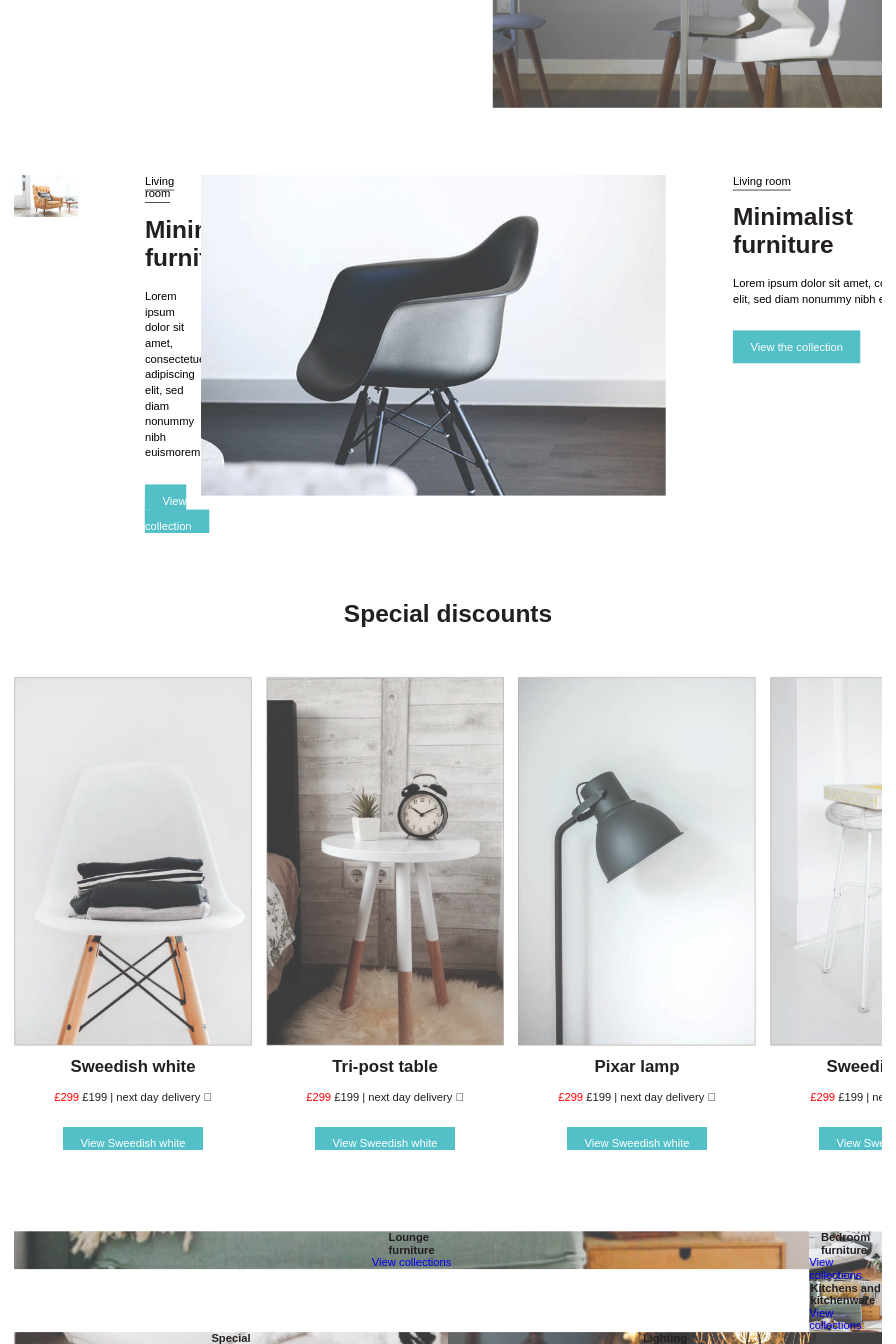
Repository: dinhhaidh/republic-web
Page: index.html
An editor plug-in stored every save of this project. The page is shown before and after a run of saves, followed by the edit.
The browser window is 1280 px wide. The pictures show the part of the page from y = 470 to 2390 px (the page is 3510 px tall before and 3457 px after), at 70% of full size.
Some web fonts or font styles are not loaded; a fallback is used. Some web libraries are served in a nearby version.

Above is the page before, as saved 2024-01-26 08:50:50.

### index.html
<!DOCTYPE html>
<html lang="en">
<head>
    <meta charset="UTF-8">
    <meta name="viewport" content="width=device-width, initial-scale=1.0">

    <!--=============== FAVICON ===============-->
    <link rel="shortcut icon" href="assets/img/favicon.png" type="image/x-icon">

    <!--=============== REMIXICONS ===============-->
    <link rel="stylesheet" href="https://cdn.jsdelivr.net/npm/remixicon@4.1.0/fonts/remixicon.min.css">

    <link
    rel="stylesheet"
    href="https://cdn.jsdelivr.net/npm/swiper@11/swiper-bundle.min.css"
  />

    <!--=============== CSS ===============-->
    <link rel="stylesheet" href="style.css">

    <title>Responsive </title>
</head>
<body>
    <!--==================== HEADER ====================-->
    <header class="header" id="header">
        <nav class="nav container">
            <div href="#" class="nav__logo">
                <img src="./img/logo.jpg" alt="image" class="nav__img">
            </div>
            <div class="nav__menu" id="nav-menu">
                <ul class="nav__list">
                    <li class="nav__item">
                        <a href="#home" class="nav__link">Home</a>
                    </li>
                    <li class="nav__item">
                        <a href="#bedroom" class="nav__link">Bedroom</a>
                    </li>
                    <li class="nav__item">
                        <a href="#lounge" class="nav__link">Lounge</a>
                    </li>
                    <li class="nav__item">
                        <a href="#kitchen" class="nav__link">Kitchen</a>
                    </li>
                    <li class="nav__item">
                        <a href="#lighting" class="nav__link">Lighting</a>
                    </li>
                </ul>
                <div class="nav__close" id="nav-close">
                    <i class="ri-close-line"></i>
                </div>
                <form action="" class="nav__button">
                    <div class="button">
                        <input type="text" placeholder="Find something..." class="form-control">
                        <i class="ri-search-line button__search"></i>
                    </div>
                    <div class="shopping">
                        <i class="ri-shopping-cart-line "></i>
                        <span class="shopping__quantity">0</span>
                    </div>
                </form>
                <!-- toggle -->
                <div class="nav__toggle" id="nav-toggle">
                    <i class="ri-menu-line"></i>
                </div>
            </div>

        </nav>
    </header>

    <!--==================== MAIN ====================-->
    <main class="main">
        <!--==================== Home  ====================-->
        <section class="home section" id="home">
            <div class="home__container container">
                <div class="home__contennt">
                    <h1 class="home__title">Premium <br> collection</h1>
                    <p class="home__desc">
                        Lorem ipsum dolor sit amet, consectetuer adipiscing elit, sed diam nonummy nibh euismorem ipsum dolor sit amet, consectetuer adipiscing elit
                    </p>
                    <h4>£2,300</h4>
                    <a href="#" class="button__link">View the collection</a>
                </div>
                <div class="home__images">
                    <img src="./img/hom1.jpg" alt="" class="home__image">
                    <div class="home__span">
                        <span><a href="">Lorem ipsum dolor sit amet</a>    £2,300</span>
                        <span><a href="#"> Consectetuer adsed diam</a>    £2,300</span>
                    </div>
                </div>
            </div>
        </section>

        <!--==================== Bedroom ====================-->
        <section class="bedroom section" id="bedroom">
            <div class="bedroom__container container swiper">
                <div class="swiper-wrapper">
                    <div class="">
                        <div class="bedroom__main">
                            <div class="bedroom__images">
                                <img src="./img/funitire1.jpg" alt="" class="bedroom__image">
                            </div>
                            <div class="bedroom__content">
                                <span>Living room</span>
                                <div class="bedroom-brick"></div>
                                <h2 class="bedroom__title">Minimalist <br>
                                    furniture</h2>
                                <p class="bedroom__desc">
                                    Lorem ipsum dolor sit amet, consectetuer adipiscing elit, sed diam nonummy nibh euismorem
                                </p>
                                <a href="#" class="button__link">View the collection</a>
                            </div>
                        </div>
                    </div>
                    <div class="bedroom__main swiper-slide">
                        <div class="bedroom__images">
                            <img src="./img/finiture2.jpg" alt="" class="bedroom__image">
                        </div>
                        <div class="bedroom__content">
                            <span>Living room</span>
                            <div class="bedroom-brick"></div>
                            <h2 class="bedroom__title">Minimalist <br>
                                furniture</h2>
                            <p class="bedroom__desc">
                                Lorem ipsum dolor sit amet, consectetuer adipiscing elit, sed diam nonummy nibh euismorem
                            </p>
                            <a href="#" class="button__link">View the collection</a>
                        </div>
                    </div>
                </div>
            </div>
        </section>

        <!--==================== Lounge  ====================-->
        <section class="lounge  section" id="lounge">
            <h2 class="lounge-title">Special discounts</h2>
            <div class="lounge__container container swiper">
                <div class="swiper-wrapper">
                    <div class="swiper-slide">
                        <article class=" lounge__card">
                            <img src="./img/special1.jpg" alt="" class="lounge__img">
                            <h3>Sweedish white</h3>
                            <h4><span>£299</span> £199  |  next day delivery  </h4>
                            <a href="#" class="button__link lounge__button">View Sweedish white</a>
                        </article>
                    </div>
                    <div class="swiper-slide">
                        <article class=" lounge__card swiper-slide">
                            <img src="./img/special2.jpg" alt="" class="lounge__img">
                            <h3>Tri-post table</h3>
                            <h4><span>£299</span> £199  |  next day delivery  </h4>
                            <a href="#" class="button__link lounge__button">View Sweedish white</a>
                        </article>
                    </div>
                    <article class=" lounge__card swiper-slide">
                        <img src="./img/special3.jpg" alt="" class="lounge__img">
                        <h3>Pixar lamp</h3>
                        <h4><span>£299</span> £199  |  next day delivery  </h4>
                        <a href="#" class="button__link lounge__button">View Sweedish white</a>
                    </article>
                    <div class="swiper-slide">
                        <article class="lounge__card">
                            <img src="./img/special4.jpg" alt="" class="lounge__img">
                            <h3>Sweedish white</h3>
                            <h4><span>£299</span> £199  |  next day delivery  </h4>
                            <a href="#" class="button__link lounge__button">View Sweedish white</a>
                        </article>
                    </div>
                    <div class="swiper-slide">
                        <article class=" lounge__card">
                            <img src="./img/special1.jpg" alt="" class="lounge__img">
                            <h3>Sweedish white</h3>
                            <h4><span>£299</span> £199  |  next day delivery  </h4>
                            <a href="#" class="button__link lounge__button">View Sweedish white</a>
                        </article>
                    </div>

                </div>
            </div>
        </section>

        <!--==================== Kitchen ====================-->
        <section class="kitchen  section" id="kitchen">
            <div class="kitchen__container container ">
                <div class="kitchen__content">
                    <div class="kitchen__img kitchen__special">
                        <!-- <img src="./img/special5.jpg"  alt="Kitchen image" class="kitchen__one"> -->
                        <div class="kitchen__img__one kitchen-img-top kitchen__collections">
                            <h4>Lounge <br> furniture</h4>
                            <a href="#">View collections</a>
                        </div>
                    </div>
                    <div class="kitchen__image">
                        <div class="kitchen__furniture kitchen__specia">
                            <!-- <img src="./img/special6.jpg"  alt="Kitchen image"> -->
                            <div class="kitchen-img__view kitchen__collections">
                                <h4>Bedroom <br> furniture</h4>
                                <a href="#">View collections</a>
                            </div>
                        </div>
                        <div class="kitchen__special">
                            <!-- <img src="./img/special7.jpg"  alt="Kitchen image"> -->
                            <div class="kitchen__img3 kitchen__collections">
                                <h4>Kitchens and<br> kitchenware</h4>
                                <a href="#">View collections</a>
                            </div>
                        </div>
                    </div>
                </div>
            </div>
            <div class="Kitchen__main container grid">
                <div class="Kitchen__img1">
                    <div class="kitchen__special kitchen__kitchenware">
                        <!-- <div class="kitchen__for"><img src="./img/special8.jpg" alt="Kitchen image"></div> -->
                        <div class="kitchen__imag4 kitchen__collections">
                            <h4>Special<br>offers</h4>
                            <a href="#">View deals</a>
                        </div>
                    </div>
                    <div class="kitchen__special kitchen__kitchenwares">
                        <!-- <img src="./img/special9.jpg"  alt="Kitchen image"> -->
                        <div class="kitchen__img5 kitchen__collections">
                            <h4>Lighting</h4>
                            <a href="#">View collections</a>
                        </div>
                    </div>
                </div>
            </div>
        </section>

        <!-- <section class="kitchen" id="kitchen">
            <div class="kitchen__container container">
                <div class="kitchen__chekin grid">
                    <div class="kitchen__item">
                        <img src="./img/special5.jpg" alt="">
                        <div class="kitchen__img__one kitchen-img-top">
                            <h4>Lounge <br> furniture</h4>
                            <a href="#">View collections</a>
                        </div>
                    </div>
                    <div class="kitchen__item">
                        <img src="./img/special6.jpg"  alt="Kitchen image">
                        <div class="kitchen-img__view">
                            <h4>Bedroom <br> furniture</h4>
                            <a href="#">View collections</a>
                        </div>
                    </div>
                    <div class="kitchen__item">
                        <img src="./img/special7.jpg"  alt="Kitchen image">
                        <div class="kitchen__img3">
                            <h4>Kitchens and<br> kitchenware</h4>
                            <a href="#">View collections</a>
                        </div>
                    </div>
                </div>
                <div class="kitchen__content container">
                    <div class="kitchen__item">
                        <img src="./img/special8.jpg" alt="Kitchen image">
                        <div class="kitchen__imag4">
                            <h4>Special<br>offers</h4>
                            <a href="#">View deals</a>
                        </div>
                    </div>
                    <div class="kitchen__item">
                        <img src="./img/special9.jpg"  alt="Kitchen image">
                        <div class="kitchen__img5">
                            <h4>Lighting</h4>
                            <a href="#">View collections</a>
                        </div>
                    </div>
                </div>
            </div>
        </section> -->

        <!--==================== Lighting ====================-->
        <section class="lighting  section" id="lighting">
            <div class="lighting__container container">
                <div class="lighting__list">
                    <h2 class="lighting__heading">Join our mailing list</h2>
                    <p class="lighting__desc">Lorem ipsum dolor sit amet, consectetuer adipiscing elit, sed nonummy nibh euismorem Lorem ipsum dolor sit amet, consectetuer adipiscing elit, sed diam nonummy nibh.</p>
                </div>
                <div class="lighting__form">
                    <form action="" class="lighting__input">
                        <input type="text" placeholder="Email address" class="form__contro">
                        <input type="name" placeholder="Your name" class="form__control">
                    </form>
                    <a href="#" class="lighting__button">Submit</a>
                </div>
            </div>
        </section>
    </main>

    <!--==================== FOOTER ====================-->
    <footer class="footer">
        <div class="footer__container container">
            <div class="footer__content grid">
                <div class="footer__data">
                    <h3 class="footer__title">Departments</h3>
                    <ul class="footer__list">
                        <li class="footer__links">
                            <a href="#" class="footer__link">Living room</a>
                        </li>
                        <li class="footer__links">
                            <a href="#" class="footer__link">Sofas/chairs</a>
                        </li>
                        <li class="footer__links">
                            <a href="#" class="footer__link">Lorem ipsum</a>
                        </li>
                        <li class="footer__links">
                            <a href="#" class="footer__link">Dolor sit amet</a>
                        </li>
                        <li class="footer__links">
                            <a href="#" class="footer__link">Consectetuer</a>
                        </li>
                        <li class="footer__links">
                            <a href="#" class="footer__link">Bathoom</a>
                        </li>
                        <li class="footer__links">
                            <a href="#" class="footer__link">Sofas/chairs</a>
                        </li>
                        <li class="footer__links">
                            <a href="#" class="footer__link">Lorem ipsum</a>
                        </li>
                    </ul>
                </div>
                <div class="footer__data footer__item">
                    <ul class="footer__list">
                        <li class="footer__links">
                            <a href="#" class="footer__link">Living room</a>
                        </li>
                        <li class="footer__links">
                            <a href="#" class="footer__link">Sofas/chairs</a>
                        </li>
                        <li class="footer__links">
                            <a href="#" class="footer__link">Lorem ipsum</a>
                        </li>
                        <li class="footer__links">
                            <a href="#" class="footer__link">Dolor sit amet</a>
                        </li>
                        <li class="footer__links">
                            <a href="#" class="footer__link">Consectetuer</a>
                        </li>
                        <li class="footer__links">
                            <a href="#" class="footer__link">Bathoom</a>
                        </li>
                        <li class="footer__links">
                            <a href="#" class="footer__link">Sofas/chairs</a>
                        </li>
                        <li class="footer__links">
                            <a href="#" class="footer__link">Lorem ipsum</a>
                        </li>
                    </ul>
                </div>
                <div class="footer__data">
                    <h3 class="footer__title">Contact</h3>
                    <ul class="footer__list">
                        <li class="footer__links">
                            <a href="#" class="footer__link">Customer support</a>
                        </li>
                        <li class="footer__links">
                            <a href="#" class="footer__link">Call 01482 128394</a>
                        </li>
                        <li class="footer__links">
                            <a href="#" class="footer__link">Send us a message</a>
                        </li>
                        <li class="footer__links">
                            <a href="#" class="footer__link">The team</a>
                        </li>
                        <li class="footer__links">
                            <a href="#" class="footer__link">About us</a>
                        </li>
                        <li class="footer__links">
                            <a href="#" class="footer__link">Team careers</a>
                        </li>
                    </ul>
                </div>
            </div>
            <div class="footer__img">
                <div class="footer__brick"></div>
                <div class="footer__circle"></div>
            </div>
            <div class="footer__copy">Made in Hornsea, East Yorkshire, England | www.uirepublic.net</div>
        </div>
    </footer>

    <!--========== SCROLL UP ==========-->

    <script src="https://cdn.jsdelivr.net/npm/swiper@11/swiper-bundle.min.js"></script>


    <!--=============== SCROLLREVEAL ===============-->
    <script src=""></script>

    <!--=============== JQuery ===============-->
    <script src="https://code.jquery.com/jquery-3.7.1.slim.min.js" integrity="sha256-kmHvs0B+OpCW5GVHUNjv9rOmY0IvSIRcf7zGUDTDQM8=" crossorigin="anonymous"></script>

    <!--=============== MAIN JS ===============-->
    <script src="/js/main.js"></script>
</body>
</html>

Loaded but not shown: js/main.js (100 lines, source omitted); style.css (936 lines, source omitted)

After the next 4 saves:
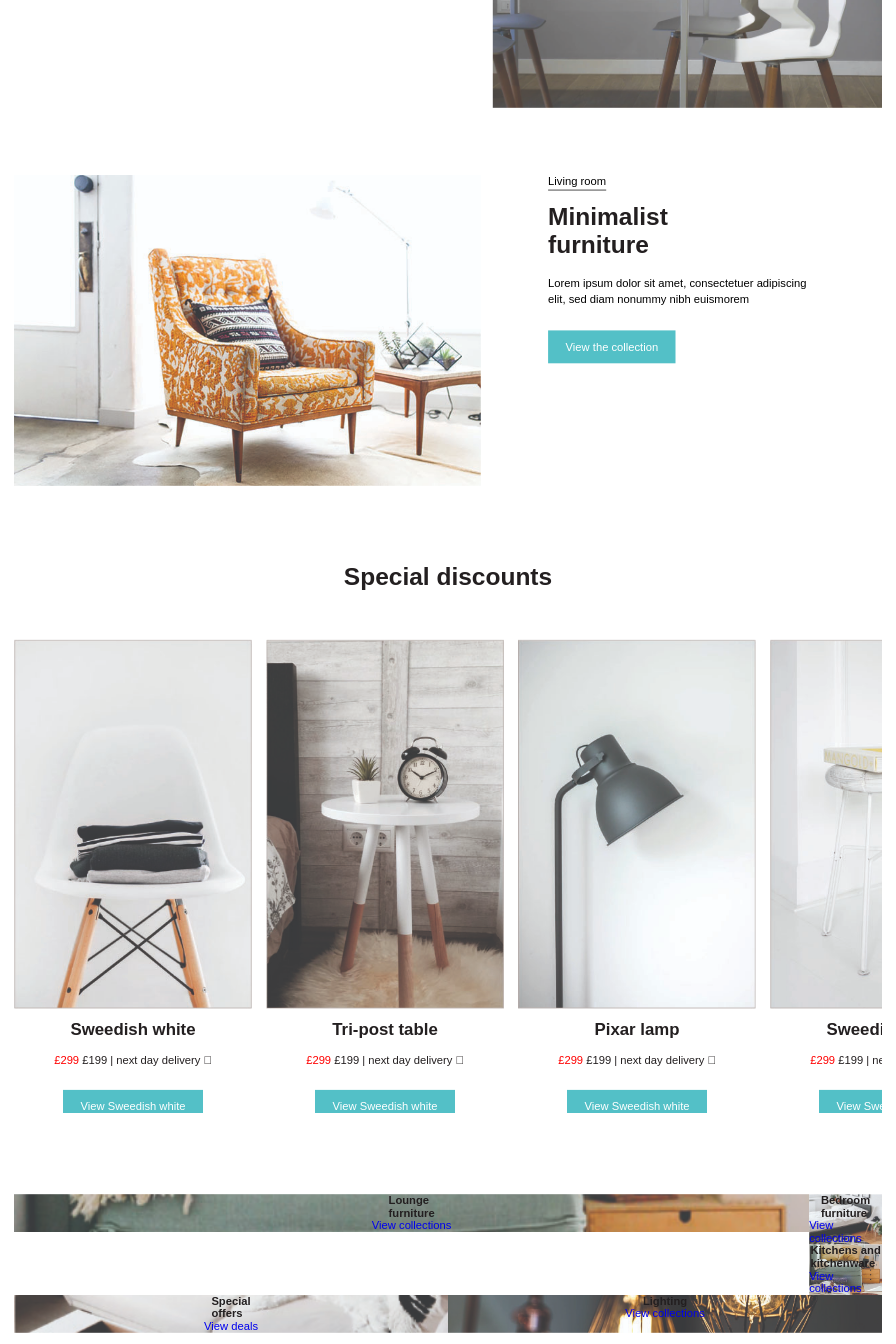
The 4 saves are shown as one change because they came seconds apart.
The last was saved 18 s later.
--- a/index.html
+++ b/index.html
@@ -94,21 +94,19 @@
         <section class="bedroom section" id="bedroom">
             <div class="bedroom__container container swiper">
                 <div class="swiper-wrapper">
-                    <div class="">
-                        <div class="bedroom__main">
-                            <div class="bedroom__images">
-                                <img src="./img/funitire1.jpg" alt="" class="bedroom__image">
-                            </div>
-                            <div class="bedroom__content">
-                                <span>Living room</span>
-                                <div class="bedroom-brick"></div>
-                                <h2 class="bedroom__title">Minimalist <br>
-                                    furniture</h2>
-                                <p class="bedroom__desc">
-                                    Lorem ipsum dolor sit amet, consectetuer adipiscing elit, sed diam nonummy nibh euismorem
-                                </p>
-                                <a href="#" class="button__link">View the collection</a>
-                            </div>
+                    <div class="bedroom__main swiper-slide">
+                        <div class="bedroom__images">
+                            <img src="./img/funitire1.jpg" alt="" class="bedroom__image">
+                        </div>
+                        <div class="bedroom__content">
+                            <span>Living room</span>
+                            <div class="bedroom-brick"></div>
+                            <h2 class="bedroom__title">Minimalist <br>
+                                furniture</h2>
+                            <p class="bedroom__desc">
+                                Lorem ipsum dolor sit amet, consectetuer adipiscing elit, sed diam nonummy nibh euismorem
+                            </p>
+                            <a href="#" class="button__link">View the collection</a>
                         </div>
                     </div>
                     <div class="bedroom__main swiper-slide">
